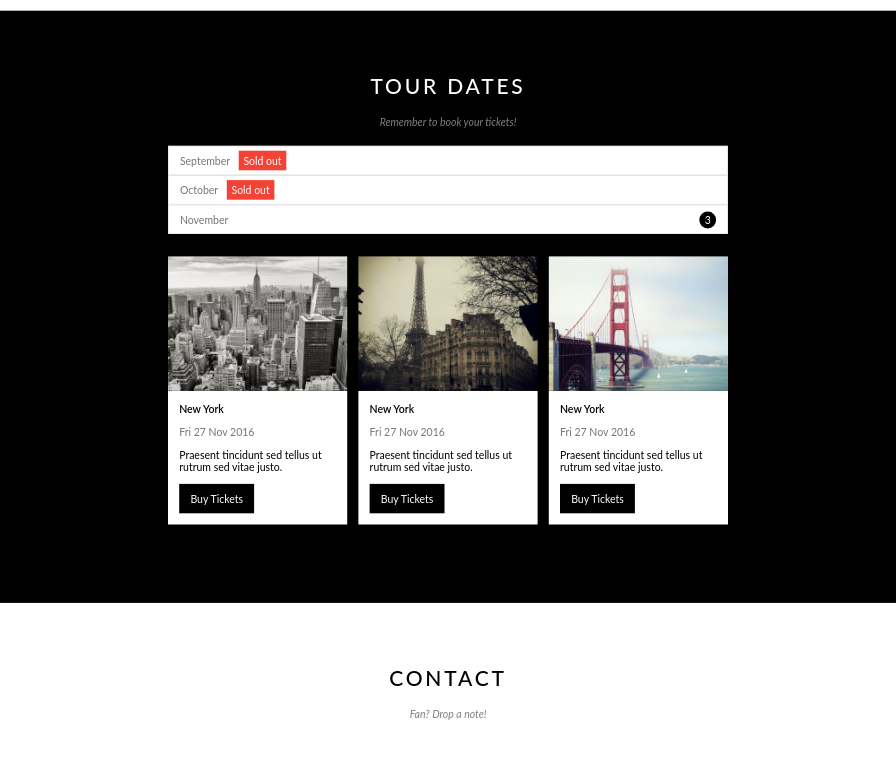
Repository: tatvanhco/web-dau-tay
Page: index.html
An editor plug-in stored every save of this project. The page is shown before and after the next save, followed by the edit.
The browser window is 1280 px wide. The pictures show the part of the page from y = 1356 to 3276 px (the page is 2474 px tall before and 3276 px after), at 70% of full size.

Above is the page before, as saved 2022-01-23 20:45:03.

After the next save:
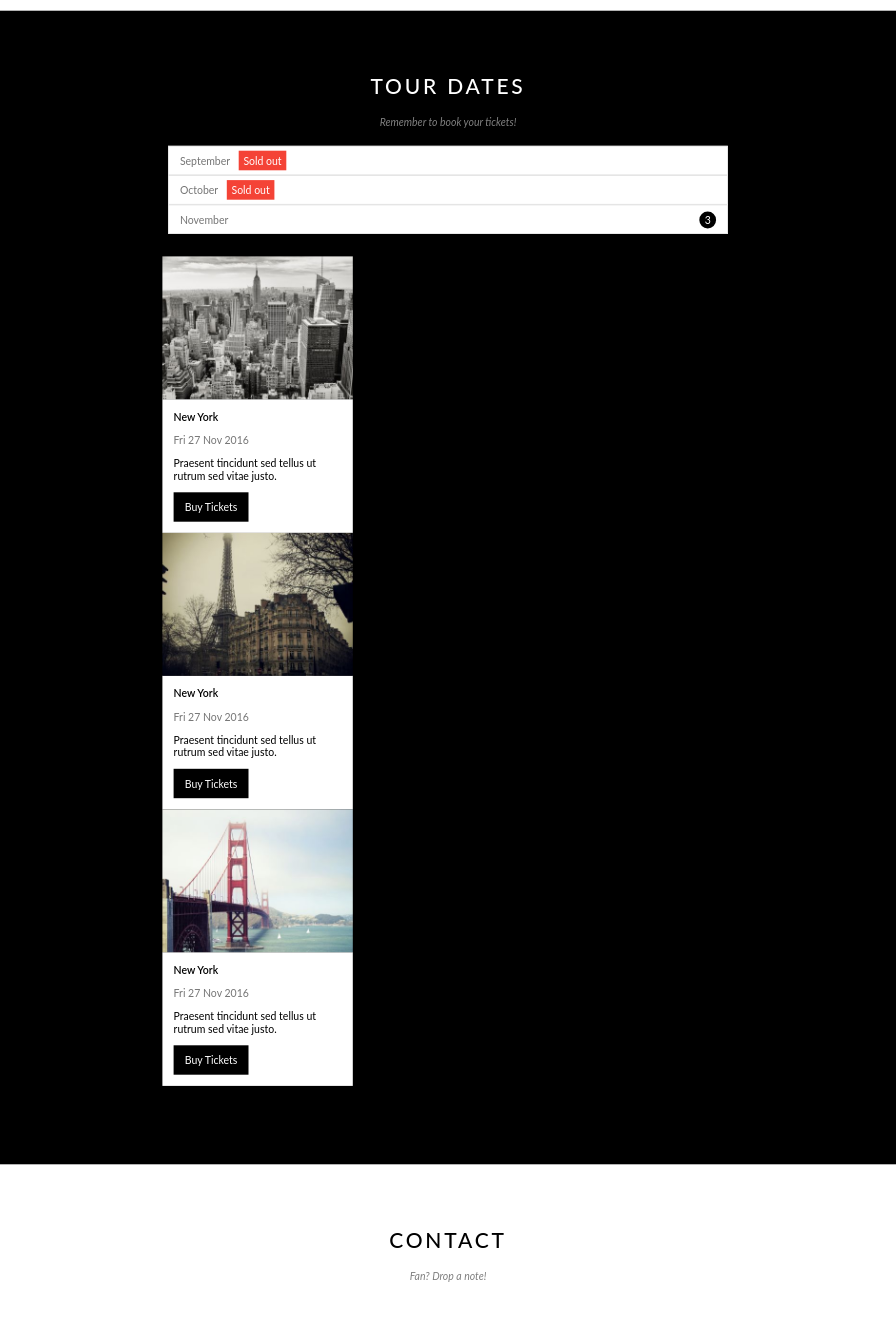
Saved 74 s later.
--- a/assets/css/style.css
+++ b/assets/css/style.css
@@ -230,9 +230,9 @@ body {
 }
 
 .place-item {
-    float: left;
+    /* float: left; */
     width: 33.33333%;
-    padding: 0 8px;
+    /* padding: 0 8px; */
 }
 
 .place-item img {

After the save that followed:
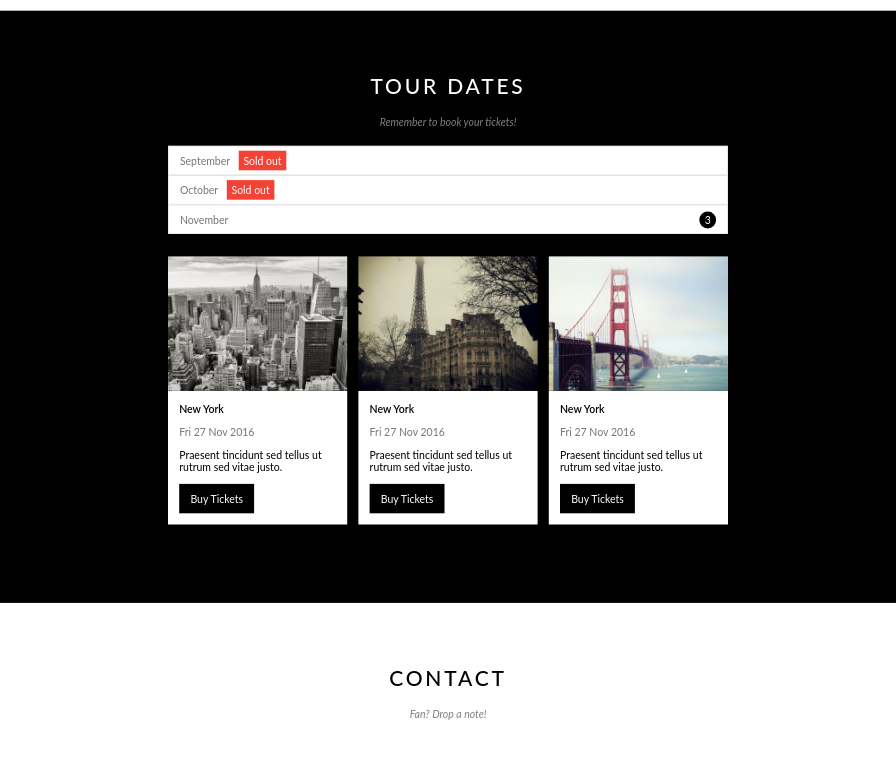
Saved 27 s later.
--- a/index.html
+++ b/index.html
@@ -77,7 +77,7 @@
                         <li>November<span class="quatity">3</span></li>
                     </ul>
                     <div class="row place-list">
-                        <div class="place-item">
+                        <div class="col place-item">
                             <img src="./assets/img/places/place1.jpg">
                             <div class="place-body">
                                 <h3 class="place-heading">New York</h3>
@@ -86,7 +86,7 @@
                                 <a href="#" class="place-buy-btn">Buy Tickets</a>
                             </div>
                         </div>
-                        <div class="place-item">
+                        <div class="col place-item">
                             <img src="./assets/img/places/place2.jpg">
                             <div class="place-body">
                                 <h3 class="place-heading">New York</h3>
@@ -95,7 +95,7 @@
                                 <a href="#" class="place-buy-btn">Buy Tickets</a>
                             </div>
                         </div>
-                        <div class="place-item">
+                        <div class="col place-item">
                             <img src="./assets/img/places/place3.jpg">
                             <div class="place-body">
                                 <h3 class="place-heading">New York</h3>
